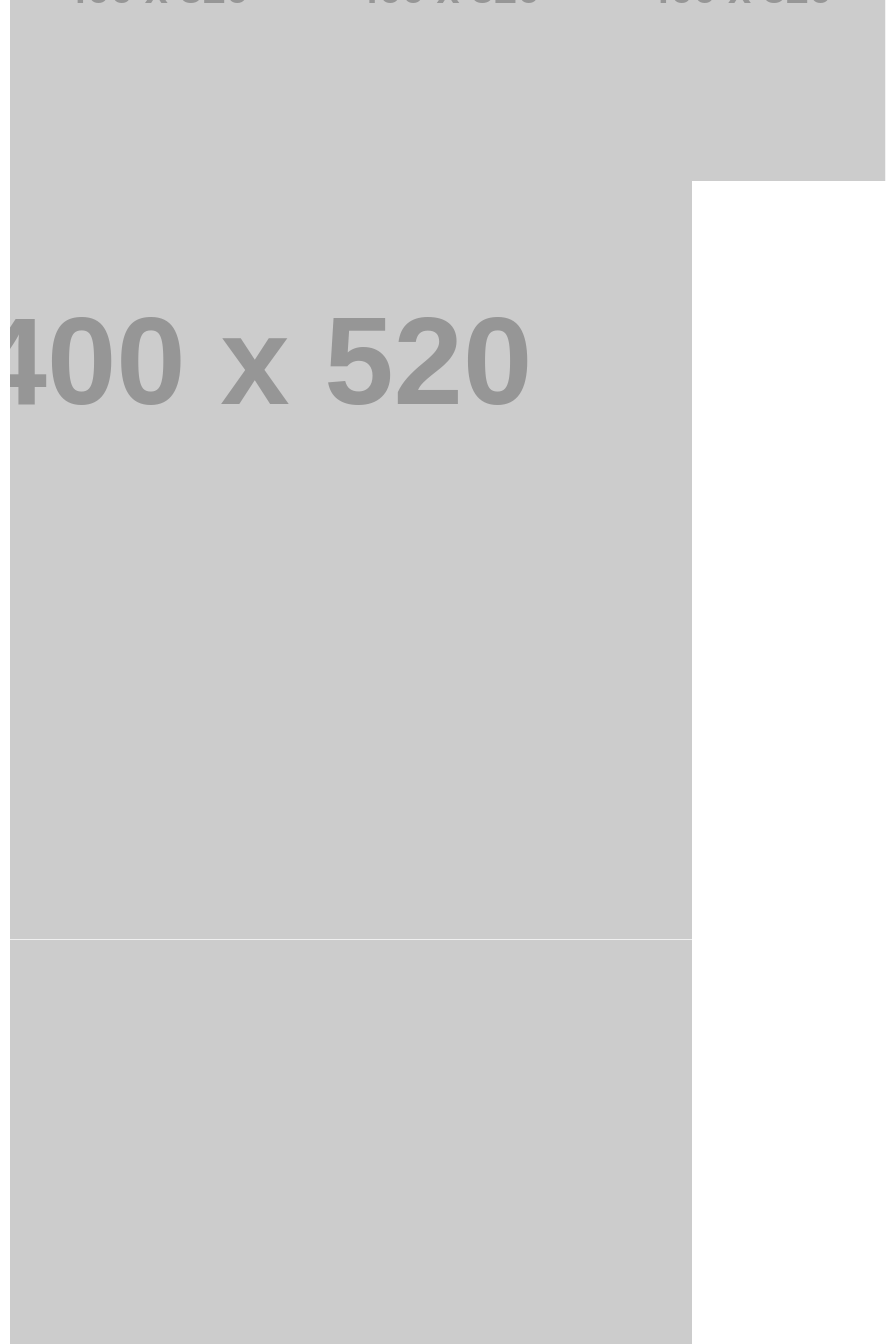
Repository: Kalle1995/project
Page: index.html
These files come from the project's save history. The page is drawn as it stood at one moment and after the next save; the edit follows.
The browser window is 1280 px wide. The pictures show the part of the page from y = 1735 to 3655 px (the page is 7177 px tall before and 2843 px after), at 70% of full size.

Above is the page before, as saved 2024-10-06 19:51:54.

### index.html
<!DOCTYPE html>
<html lang="sv">

<head>
  <meta charset="UTF-8" />
  <meta name="viewport" content="width=device-width, initial-scale=1.0" />
  <title>Freaky Fashion</title>

  <link rel="stylesheet" href="main.css" />

  <script src="https://code.jquery.com/jquery-3.7.1.slim.min.js" integrity="sha256-kmHvs0B+OpCW5GVHUNjv9rOmY0IvSIRcf7zGUDTDQM8=" crossorigin="anonymous"></script>

  <link rel="stylesheet" href="https://cdn.jsdelivr.net/npm/bootstrap@4.0.0/dist/css/bootstrap.min.css" integrity="sha384-Gn5384xqQ1aoWXA+058RXPxPg6fy4IWvTNh0E263XmFcJlSAwiGgFAW/dAiS6JXm" crossorigin="anonymous">
  <script src="https://cdn.jsdelivr.net/npm/bootstrap@4.0.0/dist/js/bootstrap.min.js" integrity="sha384-JZR6Spejh4U02d8jOt6vLEHfe/JQGiRRSQQxSfFWpi1MquVdAyjUar5+76PVCmYl" crossorigin="anonymous"></script>
</head>

<body>
  <header>
    <section>
      <div class="wholeHead">
        <img src="https://placehold.co/600x200 " alt="icon" class="icon" />

        <div class="searchAndIcons">
          <input type="search" placeholder="Sök produkt" class="search">
          <div class="headIcons">
            <a href="#"><img src="bilder/full heart.png" alt="favourite"></a>
            <a href="#"><img src="bilder/cart.png" alt="cart"></a>
          </div>
        </div>
      </div>

      <!-- jag behöver fixa att man kan sriva och iconen förvinner -->
      <!-- om, jag har div för input typ så den ta hela raden -->

      <div>
        <nav class="NavList">
          <ul>
            <li class="nav-list-item"><a href="#">Nyeter</a></li>
            <li class="nav-list-item hide-on-mobile ejnav"><a href="#">Kategoroer</a></li>
            <li class="nav-list-item"><a href="#">Topplistan</a></li>
            <li class="nav-list-item"><a href="#">Rea</a></li>
            <li class="nav-list-item"><a href="#">Kampanjer</a></li>
          </ul>
        </nav>
      </div>

      <!-- <dl> och <dt> använda man i detta falet  -->

    </section>
  </header>

  <main>
    <section class="mid">
      <article>
        <fieldset class="head">
          <img class="head-image" src="https://placehold.co/600x400" alt="" class="loremPic">
          <div>
            <h2 class="head-title">Lorem ipsum dolor</h2>
            <p class="head-text">
              <br>sit amet consectetur adipisicing elit. Sint ratione reiciendis tenetur cupiditate. Reprehenderit
              adipisci
              vel, culpa unde sit laudantium eos? Quaerat aut autem officia distinctio voluptate aspernatur dolor
              mollitia?
            </p>
          </div>
        </fieldset><img class="product-icon" src="bilder/full heart.png" alt="">
      </article>
    </section>
    <section class="products">
      <!-- grid container -->
      <div class="product">
        <img class="product-icon" src="bilder/full heart.png" alt="">
        <img class="product-pic" src="https://placehold.co/400x520/png?text=Black+T-shirt" alt="Svart T-shirt" />
        <p>Svart T-shirt</p>
      </div>

      <div class="product">
        <img class="product-icon" src="bilder/full heart.png" alt="">
        <img class="product-pic" src="https://placehold.co/400x520/png?text=Red+T-shirt" alt="" />
        <p>Röd T-shirt</p>
      </div>

      <div class="product">
        <img class="product-icon" src="bilder/full heart.png" alt="">
        <img class="product-pic" src="https://placehold.co/400x520/png?text=Green+T-shirt" alt="" />
        <p>Grön T-shirt</p>
      </div>

      <div class="product">
        <img class="product-icon" src="bilder/full heart.png" alt="">
        <img class="product-pic" src="https://placehold.co/400x520/png?text=Gul+T-shirt" alt="" />
        <p>Gul T-shirt</p>

      </div>

      <div class="product">
        <img class="product-icon" src="bilder/full heart.png" alt="">
        <img class="product-pic" src="https://placehold.co/400x520/png?text=Red+T-shirt" alt="">
        <p>Röd T-shirt</p>
      </div>

      <div class="product">
        <img class="product-icon" src="bilder/full heart.png" alt="">
        <img class="product-pic" src="https://placehold.co/400x520/png?text=Red+T-shirt" alt="">
        <p>Röd T-shirt</p>
      </div>

      <div class="product">
        <img class="product-icon" src="bilder/full heart.png" alt="">
        <img class="product-pic" src="https://placehold.co/400x520/png?text=Red+T-shirt" alt="">
        <p>Röd T-shirt</p>
      </div>

      <div class="product">
        <img class="product-icon" src="bilder/full heart.png" alt="">
        <img class="product-pic" src="https://placehold.co/400x520/png?text=Red+T-shirt" alt="">
        <p>Röd T-shirt</p>
      </div>
    </section>

    <div id="carouselExampleControls" class="carousel slide" data-ride="carousel">
      <div class="carousel-inner">
        <div class="slide carousel-item active">
          <img class="d-block w-100" src="https://placehold.co/400x520/png?text=Red+T-shirt" alt="First slide">
          <img class="d-block w-100" src="https://placehold.co/400x520/png?text=Red+T-shirt" alt="Third slide">
          <img class="d-block w-100" src="https://placehold.co/400x520/png?text=Red+T-shirt" alt="Second slide">
        </div>
        <div class="slide carousel-item">
          <img class="d-block w-100" src="https://placehold.co/400x520/png?text=Red+T-shirt" alt="First slide">
          <img class="d-block w-100" src="https://placehold.co/400x520/png?text=Red+T-shirt" alt="Third slide">
          <img class="d-block w-100" src="https://placehold.co/400x520/png?text=Red+T-shirt" alt="Second slide">
        </div>
        <div class="slide carousel-item">
          <img class="d-block w-100" src="https://placehold.co/400x520/png?text=Red+T-shirt" alt="First slide">
          <img class="d-block w-100" src="https://placehold.co/400x520/png?text=Red+T-shirt" alt="Third slide">
          <img class="d-block w-100" src="https://placehold.co/400x520/png?text=Red+T-shirt" alt="Second slide">
        </div>
      </div>
      <a class="carousel-control-prev" href="#carouselExampleControls" role="button" data-slide="prev">
        <span class="carousel-control-prev-icon" aria-hidden="true"></span>
        <span class="sr-only">Previous</span>
      </a>
      <a class="carousel-control-next" href="#carouselExampleControls" role="button" data-slide="next">
        <span class="carousel-control-next-icon" aria-hidden="true"></span>
        <span class="sr-only">Next</span>
      </a>
    </div>
  </main>

  <br>

  <footer class="normal-footer">
    <div class="list-container">
        <div class="list">
            <h3>Shopping</h3>
            <li>
                <ul><a href="#">Vinterjackor</a></ul>
                <ul><a href="#">Pufferjackor</a></ul>
                <ul><a href="#">Kappa</a></ul>
                <ul><a href="#">Trenchcoats</a></ul>
            </li>
        </div>

        <div class="list">
            <h3>Mina Sidor</h3>
            <li>
                <ul><a href="#">Mina Ordrar</a></ul>
                <ul><a href="#">Mitt Konto</a></ul>
            </li>
        </div>

        <div class="list">
            <h3>Kundtjänst</h3>
            <li>
                <ul><a href="#">Returnpoulcy</a></ul>
                <ul><a href="#">Integritetspolicy</a></ul>
            </li>
        </div>
    </div>

    <div class="Company">&copy; Freaky Fashion</div>
</footer>

  <footer class="small-footer">
    <div class="accordion accordion-flush" id="accordionFlushExample">
      <div class="accordion-item">
        <h2 class="accordion-header" id="flush-headingOne">
          <button class="accordion-button collapsed" type="button" data-bs-toggle="collapse" data-bs-target="#flush-collapseOne" aria-expanded="false" aria-controls="flush-collapseOne">
            Accordion Item #1
          </button>
        </h2>
        <div id="flush-collapseOne" class="accordion-collapse collapse" aria-labelledby="flush-headingOne" data-bs-parent="#accordionFlushExample">
          <div class="accordion-body">Placeholder content for this accordion, which is intended to demonstrate the <code>.accordion-flush</code> class. This is the first item's accordion body.</div>
        </div>
      </div>
      <div class="accordion-item">
        <h2 class="accordion-header" id="flush-headingTwo">
          <button class="accordion-button collapsed" type="button" data-bs-toggle="collapse" data-bs-target="#flush-collapseTwo" aria-expanded="false" aria-controls="flush-collapseTwo">
            Accordion Item #2
          </button>
        </h2>
        <div id="flush-collapseTwo" class="accordion-collapse collapse" aria-labelledby="flush-headingTwo" data-bs-parent="#accordionFlushExample">
          <div class="accordion-body">Placeholder content for this accordion, which is intended to demonstrate the <code>.accordion-flush</code> class. This is the second item's accordion body. Let's imagine this being filled with some actual content.</div>
        </div>
      </div>
      <div class="accordion-item">
        <h2 class="accordion-header" id="flush-headingThree">
          <button class="accordion-button collapsed" type="button" data-bs-toggle="collapse" data-bs-target="#flush-collapseThree" aria-expanded="false" aria-controls="flush-collapseThree">
            Accordion Item #3
          </button>
        </h2>
        <div id="flush-collapseThree" class="accordion-collapse collapse" aria-labelledby="flush-headingThree" data-bs-parent="#accordionFlushExample">
          <div class="accordion-body">Placeholder content for this accordion, which is intended to demonstrate the <code>.accordion-flush</code> class. This is the third item's accordion body. Nothing more exciting happening here in terms of content, but just filling up the space to make it look, at least at first glance, a bit more representative of how this would look in a real-world application.</div>
        </div>
      </div>
    </div>
  </footer>
</body>

</html>

### main.css
body {
    padding: 15px;
    font-size: 2em;
    display: grid;

}


.head-title {
    text-align: center;
}

.products {
    display: grid;
    gap: 15px;
}

ul {
    list-style-type: none;
    margin: 0;
    padding: 0;

}

.search {
    border: 2px solid gray;
    border-radius: 12px;
    padding: 5px;
    display: inline;
    background-image: url(bilder/search.png);
    background-repeat: no-repeat;
    background-position: 4px;
    padding-left: 25px;

}

.NavList {
    padding-bottom: 10px;
    padding-top: 10px;

}

.hide-on-mobile {
    display: none;
}

.nav-list-item {
    a {
        text-decoration: none;
    }
}

.product {
    position: relative;
}

.product-icon {
    right: 20px;
    bottom: 80px;
    position: absolute;
}

.product-pic {
    width: 100%;
    height: auto;
}

.head {
    display: flex;
    flex-direction: column;
}

.head-image {
    width: 100%;
}

.wholeHead {
    display: flex;
    flex-direction: row;
}

.searchAndIcons {
    width: 100%;
    display: flex;
    flex-direction: row;
    margin: auto 0 auto 20px;
}

.search {
    height: 30px;
    width: 100%;
    max-width: 400px;
    margin-right: 10px;
}

.headIcons {
    display: flex;
    gap: 10px;
    margin-right: 0;
    margin-left: auto;

    img {
        height: 30px;
    }
}

.icon {
    width: 300px;
}

.small-footer {
    display: none;
}


@media (max-width: 640px) {
    .mid {
        position: relative;
        display: block;
        font-size: medium;
    }

    li {
        margin-bottom: 3px;
    }

    .icon {
        width: 100%;
    }

    .wholeHead {
        flex-direction: column;
    }

    .search {
        height: 35px;
        width: 100%;
        max-width: 400px;
    }

    .headIcons {
        img {
            height: 35px;
        }
    }

    .searchAndIcons {
        margin-top: 10px;
        margin-left: 0;
    }

    .small-footer {
        display: block;
    }

    .normal-footer {
        display: none;
    }
}

@media (min-width: 640px) {
    .products {
        grid-template-columns: repeat(2, 1fr);
    }

    .mid {
        position: relative;
        display: block;
        font-size: large;
    }

    li {
        display: inline;
        margin-right: 5px;
    }
}

body {
    font-size: 1.5em;
}

@media (min-width: 1024px) {
    .products {
        grid-template-columns: repeat(4, 1fr);
    }

    body {
        font-size: 1em;
    }

    .listan {
        display: flex;
    }

    li {
        display: inline;
        margin-right: 5px;
    }

    .hide-on-mobile {
        display: inline-block;
    }

    .head {
        flex-direction: row-reverse;
    }
}





/*
    @media (max-width:1024px) {
        .ejnav {
            display: none;
        }

      }
*/



/*
      @media print {
        body {
            font-size: 4em;
        }
        img {
            display: none;
        }
      }
*/



/*
här för Nyproduckt sidan
*/

.slide.carousel-item {
    display: flex;
    flex-direction: row;
}

header>h3 {
    position: absolute;
    left: 10px;
    bottom: auto;
}

.vänster {
    display: grid;
    grid-template-rows: 100%;
    background-color: gray;
}


.liggTill {
    hero-text button: hover
}


/*
kassa sidan
*/

.kassa {
    text-align: center;

}






.buy>button {
    display: grid;
    align-items: center;
    width: 80px;
    height: 30px;
    background-color: rgb(255, 255, 255);
    margin-left: 50%;
    font-weight: bold;
    border-radius: 10px;

}



.custom.btn-success {
    color: red;
}

.no-space {
    margin: 0;
    padding: 0;
    border: none;
    border-top: 1px solid black;
    /* Valfri färg eller stil på linjen */
}


.normal-footer {
    padding: 15px;
    background-color: rgb(207, 206, 206)
}

.list-container {
    display: inline-flex;
    justify-content: space-between;
    /* Ser till att listorna sprids ut jämnt */
    gap: 150px;
    /* Mellanrum mellan listorna */
}

.list {
    flex: 1;
    /* Gör att listorna tar upp lika mycket plats */
    padding-left: 15px;
}

.list h3 {
    margin-bottom: 20px;
}

.list li {
    list-style-type: none;
    /* ingen punkter i listan */
    padding: 0;
}

.list li ul {
    margin-bottom: 10px;
}




/*
Administration
*/

.AD {
    width: 115%;
    padding-left: 15px;
    margin-left: -25px;
    margin-top: -25px;
    float: left;
    font-style: normal;
    background-color: rgb(0, 0, 0);
    position: relative;
    display: flex;
    color: white;
}

.PR {
    background-color: rgb(209, 209, 208);
    height: auto;
    margin-left: -25px;
    padding-left: 20px;
    margin-right: auto;
    padding-right: 70px;
    padding-top: 15px;
    font-weight: bold;
    position: relative;
}

.AR {
    position: relative;
    ;
    left: 200px;
    top: -40px;

}













/*

.Company{
    text-align: center;
    bottom: auto;
}

After the next save:
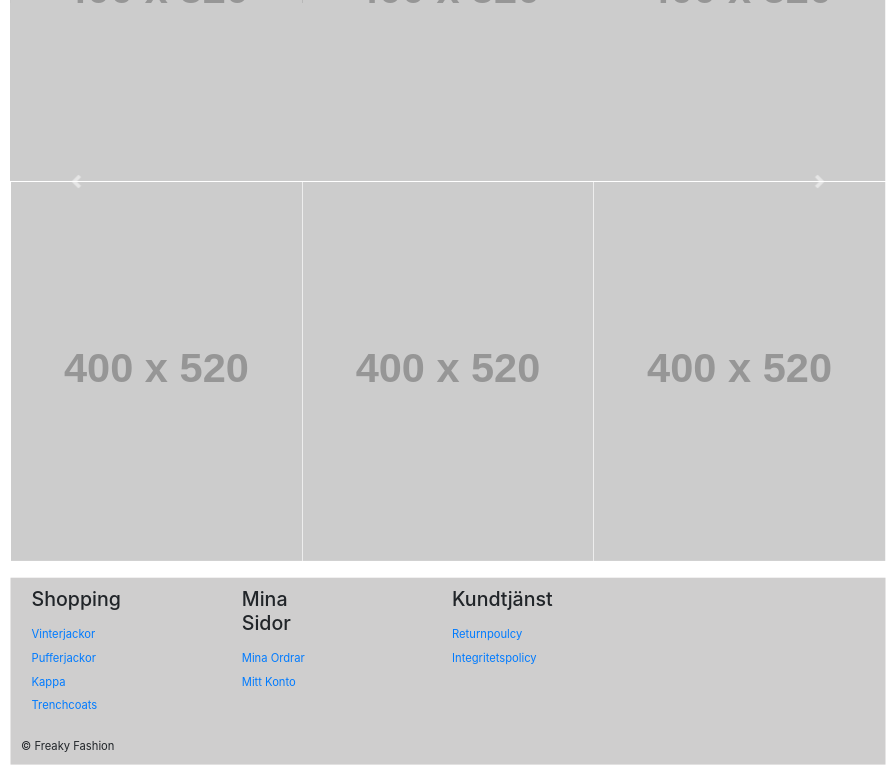
Saved 14 s later.
--- a/main.css
+++ b/main.css
@@ -238,7 +238,7 @@ body {
 här för Nyproduckt sidan
 */
 
-.slide.carousel-item {
+div.slide.carousel-item {
     display: flex;
     flex-direction: row;
 }

After the save that followed:
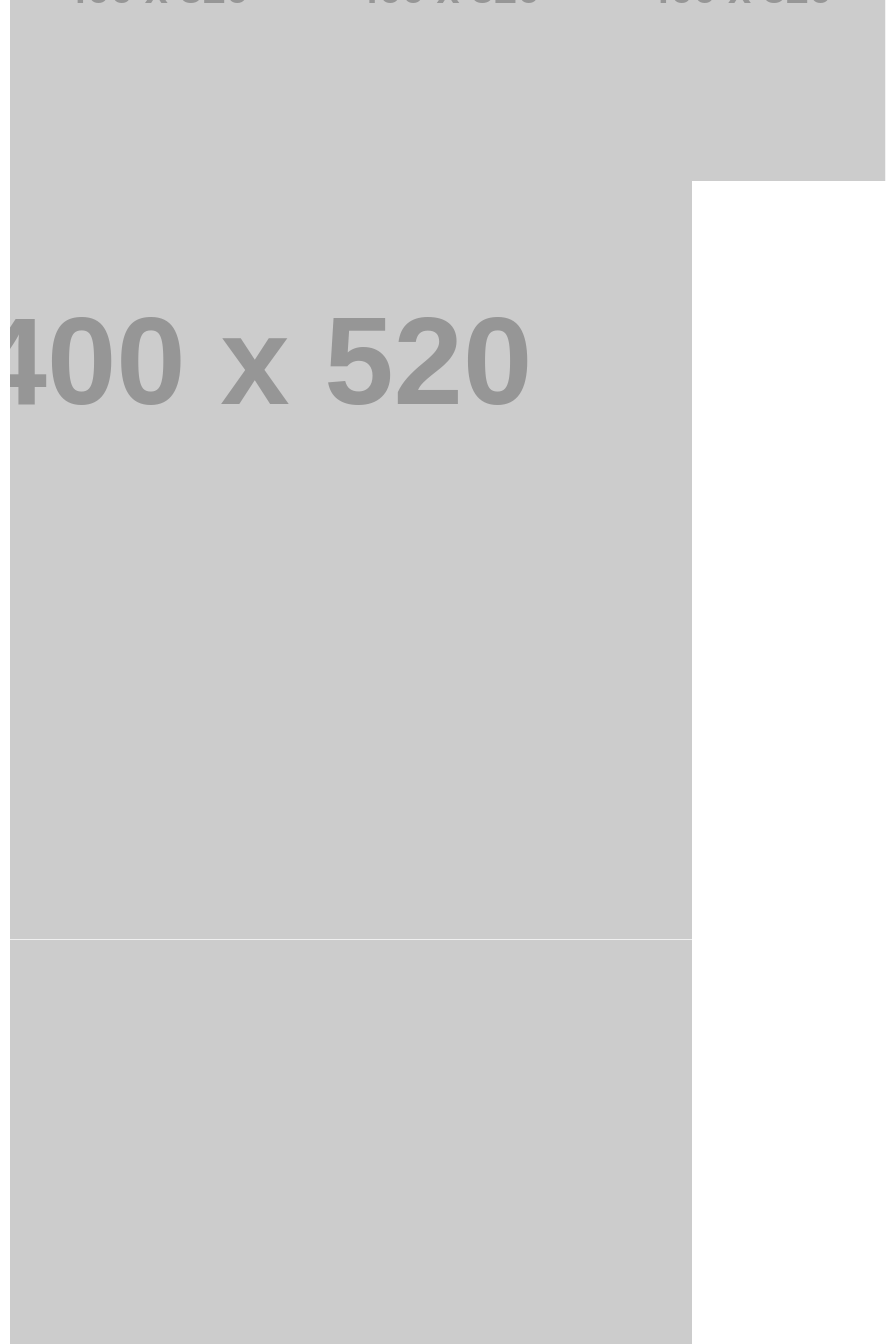
Saved 2 min 41 s later.
--- a/index.html
+++ b/index.html
@@ -120,10 +120,12 @@
 
     <div id="carouselExampleControls" class="carousel slide" data-ride="carousel">
       <div class="carousel-inner">
-        <div class="slide carousel-item active">
-          <img class="d-block w-100" src="https://placehold.co/400x520/png?text=Red+T-shirt" alt="First slide">
-          <img class="d-block w-100" src="https://placehold.co/400x520/png?text=Red+T-shirt" alt="Third slide">
-          <img class="d-block w-100" src="https://placehold.co/400x520/png?text=Red+T-shirt" alt="Second slide">
+        <div class="carousel-item active">
+          <div class="slide">
+            <img class="d-block w-100" src="https://placehold.co/400x520/png?text=Red+T-shirt" alt="First slide">
+            <img class="d-block w-100" src="https://placehold.co/400x520/png?text=Red+T-shirt" alt="Third slide">
+            <img class="d-block w-100" src="https://placehold.co/400x520/png?text=Red+T-shirt" alt="Second slide">
+          </div>
         </div>
         <div class="slide carousel-item">
           <img class="d-block w-100" src="https://placehold.co/400x520/png?text=Red+T-shirt" alt="First slide">
